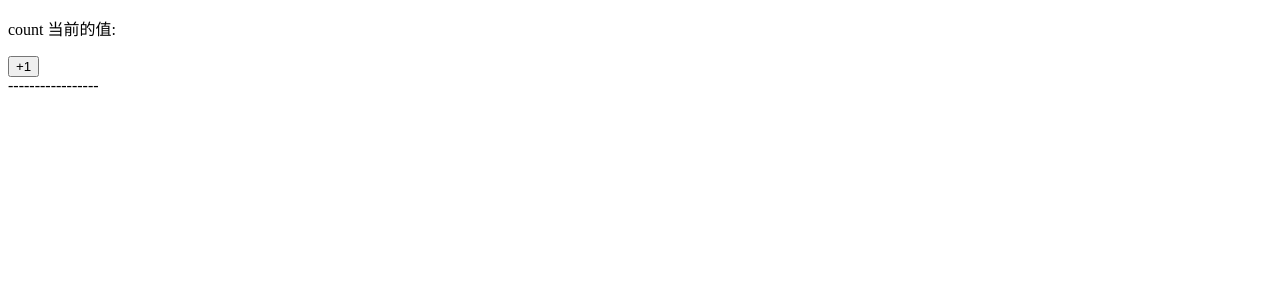
Repository: minika1020/miniprogram
Page: / (app in Desktop/vuex/vuex_demo/)
The author's editor kept a copy of each file at every save. The page is drawn from the files as they stood at one save, then again after the next save.
The browser window is 1280 px wide. The pictures show the whole page.
The project was rebuilt for these pictures with package versions that can differ from the ones it lists, and the page was loaded fresh each time.

Above is the page before, as saved 2021-03-18 11:41:14.

After the next save:
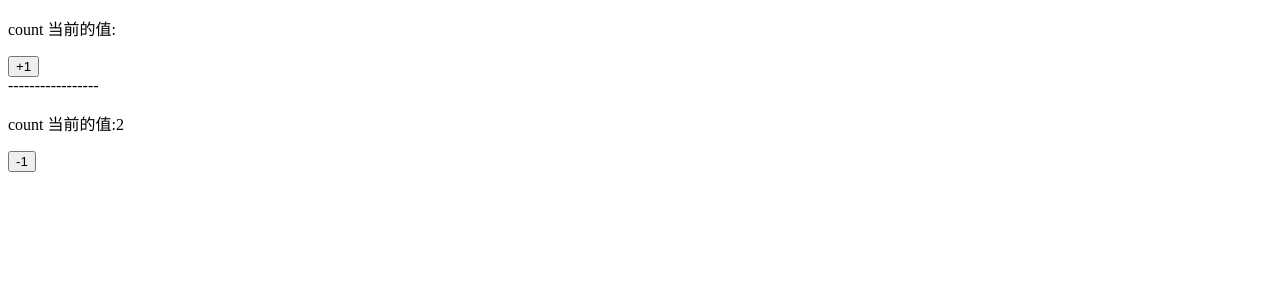
Saved 11 s later.
--- a/Desktop/vuex/vuex_demo/src/components/sub.vue
+++ b/Desktop/vuex/vuex_demo/src/components/sub.vue
@@ -1,6 +1,6 @@
 <template>
   <div>
-    <p> count 当前的值:{{$store}}</p>
+    <p> count 当前的值:{{$store.state.count}}</p>
     <button>-1</button>
   </div>
 </template>
